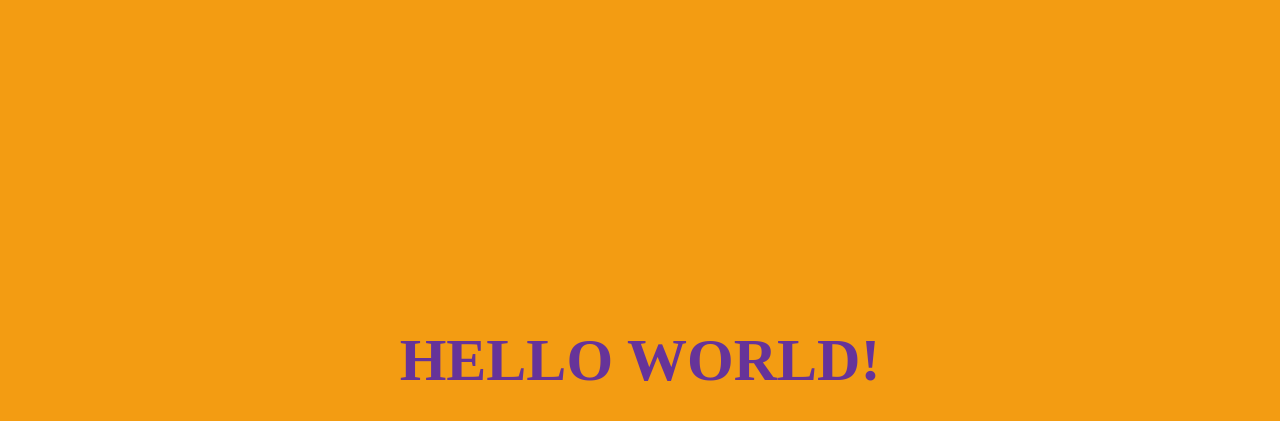
Repository: phong121020/Text-Animation
Page: assets/index.html
These files come from the project's save history. The page is drawn as it stood at one moment and after the next save; the edit follows.
The browser window is 1280 px wide. The pictures show the whole page.

Above is the page before, as saved 2022-03-12 16:34:25.

After the next save:
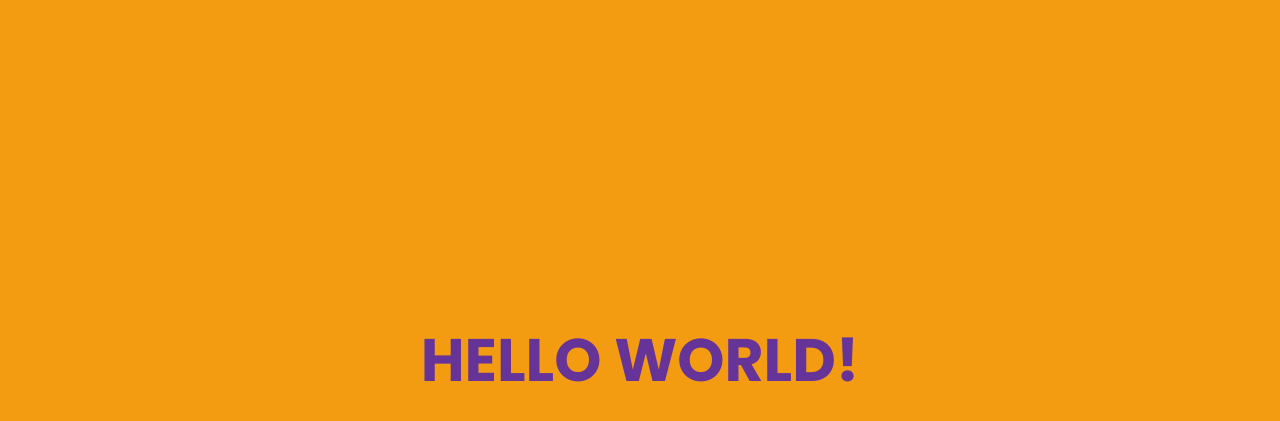
Saved 54 s later.
--- a/assets/style.css
+++ b/assets/style.css
@@ -5,6 +5,7 @@
   box-sizing: border-box;
 }
 body {
+  font-family: "Poppins", sans-serif;
   height: 100vh;
   width: 100vw;
   display: flex;
